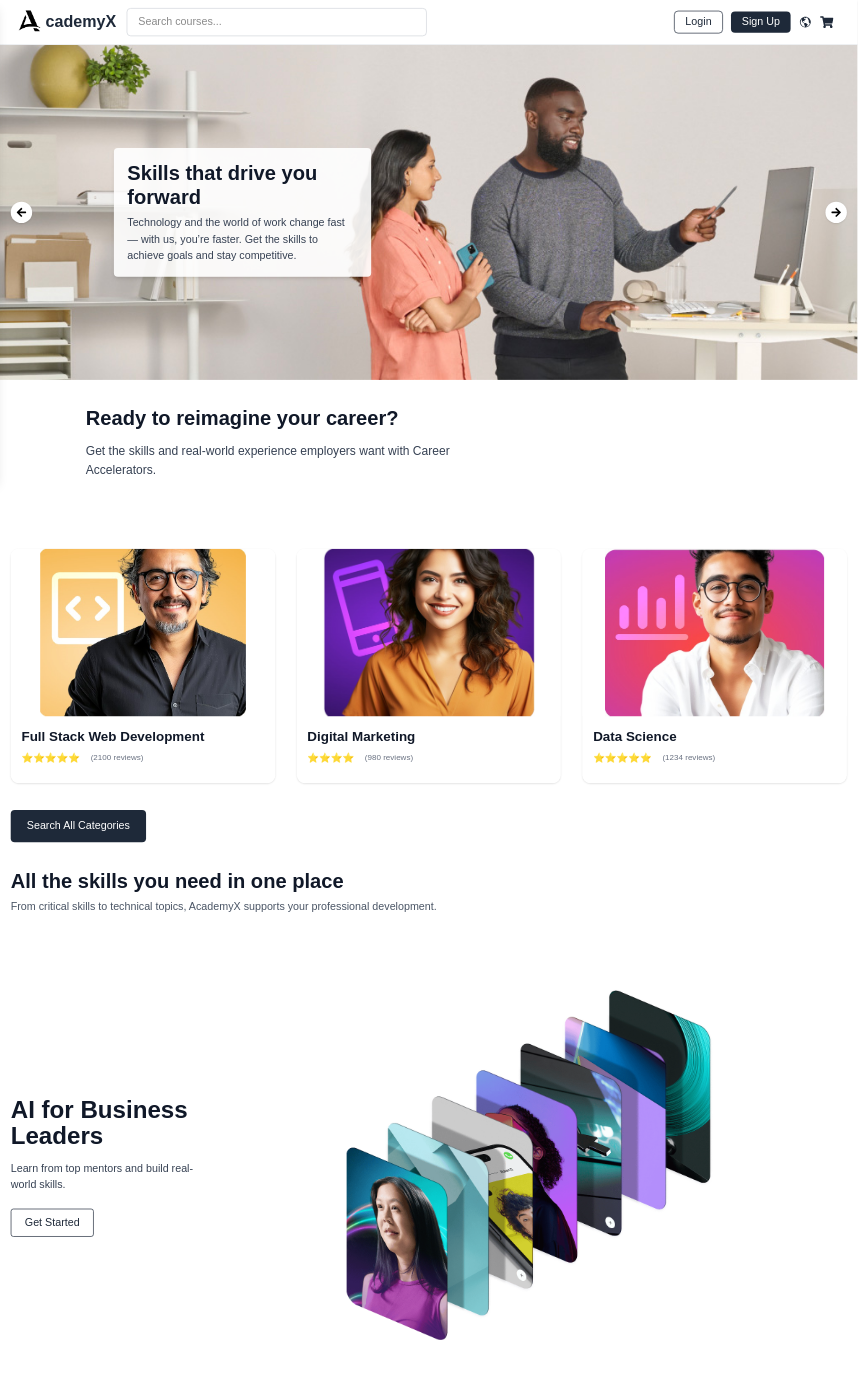
Repository: MohamedSalah54/full-stack-e-learning
Page: / (app in frontend/)
The author's editor kept a copy of each file at every save. The page is drawn from the files as they stood at one save, then again after a run of saves.
The browser window is 1280 px wide. The pictures show the whole page, at 67% of full size.
The project was rebuilt for these pictures with package versions that can differ from the ones it lists, and the page was loaded fresh each time. The framework's server and built-in components were replaced by stand-ins that run in the browser. Also part of the build but not shown: frontend/next.config.ts.

Above is the page before, as saved 2025-06-15 15:42:03.

### frontend/src/app/layout.tsx
import type { Metadata } from "next";
import { Geist, Geist_Mono } from "next/font/google";
import "./globals.css";
import { Providers } from "@/app/providers";
import Navbar from "@/components/Navbar";

const geistSans = Geist({
  variable: "--font-geist-sans",
  subsets: ["latin"],
});

const geistMono = Geist_Mono({
  variable: "--font-geist-mono",
  subsets: ["latin"],
});

export const metadata: Metadata = {
  title: "Create Next App",
  description: "Generated by create next app",
};

export default function RootLayout({
  children,
}: Readonly<{
  children: React.ReactNode;
}>) {
  return (
    <html lang="en">
      <body
        className={`${geistSans.variable} ${geistMono.variable} antialiased`}
      >
        <Navbar/>
        <Providers>{children}</Providers>

      </body>
    </html>
  );
}

### frontend/src/app/page.tsx
import HeroBannerFixed from "@/components/home/HeroBannerFixed"
import HeroBannerSlider from "@/components/home/HeroBannerSlider"
import HeroCategories from "@/components/home/HeroCategories"

const Home = () => {
  return (
    <main className="flex flex-col items-center justify-center">
        <HeroBannerSlider/>
        <HeroCategories/>
        <HeroBannerFixed/>
    </main>
  )
}

export default Home

### frontend/src/app/providers.jsx
'use client';

import { Provider } from 'react-redux';
import { store } from '@/redux/store/store';
export function Providers({ children }) {
  return <Provider store={store}>{children}</Provider>;
}

### frontend/src/components/Navbar.tsx
'use client';

import { useState } from 'react';
import { FaShoppingCart, FaBars, FaTimes, FaSearch } from 'react-icons/fa';
import { IoMdGlobe } from 'react-icons/io';
import { useRouter } from 'next/navigation';

export default function Navbar() {
  const [isSidebarOpen, setIsSidebarOpen] = useState(false);
  const router = useRouter();
  const [isSearchOpen, setIsSearchOpen] = useState(false);


  return (
    <>
      {/* Navbar */}
      <nav className="bg-white shadow-sm border-b border-gray-200 py-3 px-4 sm:px-6">
        <div className="max-w-7xl mx-auto flex items-center justify-between">
          {/* Left - Hamburger + Logo */}
          <div className="flex items-center space-x-2">
            {/* Hamburger Icon - Visible on mobile only */}
            <button
              className="block md:hidden text-xl text-gray-800"
              onClick={() => setIsSidebarOpen(true)}
            >
              <FaBars />
            </button>

            {/* Logo */}
            <div
              className="flex items-center cursor-pointer"
              onClick={() => router.push('/')}
            >
              <div className="relative h-10 w-10">
                <img
                  src="/logo.png"
                  alt="Logo"
                  className="h-full w-full object-contain block"
                />
              </div>
              <span className="text-2xl font-bold text-gray-800 leading-none ml-1">
                cademyX
              </span>
            </div>
          </div>

          {/* Middle - Search (hidden on small screens) */}
          <div className="hidden md:flex flex-1 max-w-md mx-4">
            <input
              type="text"
              placeholder="Search courses..."
              className="w-full border border-gray-300 rounded-md px-4 py-2 focus:outline-none focus:ring-1 focus:ring-gray-800"
            />
          </div>

          {/* Right - Search & Cart (Always Visible) */}
          <div className="flex items-center space-x-3 ml-auto">
            <button
              className="hidden md:block px-4 py-1 border border-gray-800 text-gray-800 rounded-md hover:bg-gray-100 transition"
              onClick={() => router.push('/auth/login')}
            >
              Login
            </button>
            <button
              className="hidden md:block px-4 py-1 bg-gray-800 text-white rounded-md hover:bg-gray-700 transition"
              onClick={() => router.push('/auth/register')}
            >
              Sign Up
            </button>

            <IoMdGlobe className="hidden md:block text-gray-800 text-xl cursor-pointer hover:scale-110 transition" />

            <FaShoppingCart className="text-gray-800 text-xl cursor-pointer hover:scale-110 transition" />

            <FaSearch
              className="md:hidden text-gray-800 text-xl cursor-pointer hover:scale-110 transition"
              onClick={() => setIsSearchOpen(true)}
            />
          </div>


        </div>
      </nav>

      {isSearchOpen && (
        <div className="fixed inset-0 z-50 bg-white flex flex-col items-center justify-start px-4 pt-10">
          <div className="w-full max-w-2xl flex items-center gap-3 border-b border-gray-300 pb-2">
            <FaSearch className="text-gray-800 text-2xl" />

            {/* Search Input */}
            <input
              type="text"
              placeholder="Search courses..."
              autoFocus
              className="w-full text-lg focus:outline-none"
            />

            <FaTimes
              className="text-gray-800 text-2xl cursor-pointer"
              onClick={() => setIsSearchOpen(false)}
            />
          </div>
        </div>
      )}



      {/* Sidebar (Mobile) */}
      <div
        className={`fixed top-0 left-0 h-full w-64 bg-white shadow-lg z-50 transform transition-transform duration-300 ${isSidebarOpen ? 'translate-x-0' : '-translate-x-full'
          }`}
      >
        {/* Close Button */}
        <div className="flex justify-between items-center px-4 py-3 border-b">
          <h2 className="text-lg font-semibold">Menu</h2>
          <button
            onClick={() => setIsSidebarOpen(false)}
            className="text-xl text-gray-600"
          >
            <FaTimes />
          </button>
        </div>

        {/* Sidebar Links */}
        <div className="p-4 space-y-4">
          <button
            onClick={() => {
              router.push('/auth/login');
              setIsSidebarOpen(false);
            }}
            className="w-full text-left text-gray-800 hover:text-gray-600"
          >
            Login
          </button>
          <button
            onClick={() => {
              router.push('/auth/register');
              setIsSidebarOpen(false);
            }}
            className="w-full text-left text-gray-800 hover:text-gray-600"
          >
            Sign Up
          </button>
          <div className="border-t pt-4">
            <p className="text-gray-500 text-sm font-medium mb-2">Categories</p>
            <ul className="space-y-2">
              <li className="cursor-pointer hover:text-gray-600">Web Development</li>
              <li className="cursor-pointer hover:text-gray-600">Design</li>
              <li className="cursor-pointer hover:text-gray-600">Marketing</li>
            </ul>
          </div>
        </div>
      </div>

      {/* Overlay */}
      {isSidebarOpen && (
        <div
          className="fixed inset-0 bg-black/40 z-40"
          onClick={() => setIsSidebarOpen(false)}
        ></div>
      )}
    </>
  );
}

### frontend/src/components/home/HeroBannerFixed.tsx
// components/HeroBannerFixed.tsx
'use client';

import React from 'react';

const HeroBannerFixed = () => {
  return (
  <section className="w-full bg-white py-10">
      <div className="max-w-7xl mx-auto px-4 flex flex-col md:flex-row items-center justify-between gap-10">
        {/* Text content on the left */}
        <div className="w-full md:w-1/2 text-left">
          <h1 className="text-2xl sm:text-3xl md:text-4xl font-bold text-gray-900 mb-4">
            AI for Business Leaders
          </h1>
          <span className="block text-gray-700 text-base mb-6">
            Learn from top mentors and build real-world skills.
          </span>
          <button className="px-5 py-2 bg-white text-gray-800 border border-gray-800 rounded hover:bg-gray-100 transition">
            Get Started
          </button>
        </div>

        {/* Image on the right */}
        <div className="w-full md:w-[500px] lg:w-[2100px]">
          <img
            src="/hero-fixed.png"
            alt="Hero"
            className="w-full h-auto rounded-md -md object-contain"
          />
        </div>
      </div>
    </section>
  );
};

export default HeroBannerFixed;

### frontend/src/components/home/HeroBannerSlider.tsx
"use client";

import React, { useState } from "react";
import { FaArrowLeft, FaArrowRight } from "react-icons/fa";
import { heroSlides } from "@/constants";

const slides = heroSlides;

const HeroBannerSlider = () => {
  const [current, setCurrent] = useState(0);

  const nextSlide = () => {
    setCurrent((prev) => (prev + 1) % slides.length);
  };

  const prevSlide = () => {
    setCurrent((prev) => (prev - 1 + slides.length) % slides.length);
  };

  return (
    <>
      {/* Slider Section */}
      <section className="w-full relative bg-white overflow-hidden">
        {/* Wrapper for center and padding on large screens */}
        <div className="w-full max-w-screen-xl mx-auto relative h-[300px] sm:h-[400px] md:h-[500px]">
          {slides.map((slide, index) => (
            <img
              key={index}
              src={slide.image}
              alt="Hero"
              className={`absolute top-0 left-0 w-full h-full object-cover object-[60%] transition-opacity duration-700 ${
                index === current ? "opacity-100 z-10" : "opacity-0 z-0"
              }`}
            />
          ))}

          {/* Arrows */}
          <button
            onClick={prevSlide}
            className="absolute top-1/2 left-4 transform -translate-y-1/2 bg-white text-black p-2 rounded-full shadow hover:bg-gray-200 z-40"
          >
            <FaArrowLeft />
          </button>
          <button
            onClick={nextSlide}
            className="absolute top-1/2 right-4 transform -translate-y-1/2 bg-white text-black p-2 rounded-full shadow hover:bg-gray-200 z-40"
          >
            <FaArrowRight />
          </button>

          {/* Text Box for Large Screens */}
          <div className="hidden md:block absolute top-1/2 left-[170px] transform -translate-y-1/2 z-30">
            <div className="bg-white/90 p-5 rounded-md max-w-sm shadow-md">
              <h1 className="text-2xl lg:text-3xl font-bold text-gray-900 mb-2">
                {slides[current].title}
              </h1>
              <p className="text-gray-700 text-base">{slides[current].description}</p>
            </div>
          </div>
        </div>
      </section>

      {/* Text Below Image for Small Screens */}
      <div className="block md:hidden w-full bg-white pt-6 px-4">
        <div className="bg-white p-0 shadow-none rounded-none">
          <h1 className="text-xl font-bold text-gray-900 mb-2">{slides[current].title}</h1>
          <p className="text-gray-700 text-sm">{slides[current].description}</p>
        </div>
      </div>

      {/* Section Below */}
      <div className="w-full text-left py-10 bg-white px-4 sm:px-10 md:px-32">
        <h1 className="text-2xl sm:text-3xl font-bold text-gray-900 mb-4">
          Ready to reimagine your career?
        </h1>
        <p className="text-base sm:text-lg text-gray-700 max-w-xl">
          Get the skills and real-world experience employers want with Career Accelerators.
        </p>
      </div>
    </>
  );
};

export default HeroBannerSlider;

### frontend/src/components/home/HeroCategories.tsx
import { heroCategories } from "@/constants";

const HeroCategories = () => {
    const categories = heroCategories
    return (
       <section className="w-full py-16 px-4 bg-white">
  {/* Cards */}
  <div className="max-w-7xl mx-auto grid grid-cols-1 sm:grid-cols-2 lg:grid-cols-3 gap-8">
    {categories.map((cat, index) => (
      <div
        key={index}
        className="bg-white rounded-xl overflow-hidden shadow transition min-h-[350px] hover:bg-gray-100 cursor-pointer"
      >
        <img
          src={cat.image}
          alt={cat.title}
          className="w-full h-[250px] object-contain bg-white"
        />
        <div className="p-4">
          <h3 className="text-xl font-semibold text-gray-900 mb-2">{cat.title}</h3>
          <p className="text-sm text-gray-600 flex items-center gap-2">
            {"⭐".repeat(Math.round(cat.rating))}
            <span className="text-xs text-gray-500 ml-2">
              ({cat.reviews} reviews)
            </span>
          </p>
        </div>
      </div>
    ))}
  </div>

  {/* Search button */}
  <div className="flex justify-start mt-10 max-w-7xl mx-auto">
    <button className="bg-gray-800 text-white px-6 py-3 rounded-md hover:bg-gray-700 transition cursor-pointer">
      Search All Categories
    </button>
  </div>

  {/* Heading + Span */}
  <div className="text-left mt-10 max-w-7xl mx-auto">
    <h1 className="text-3xl font-bold text-gray-900 mb-2">
      All the skills you need in one place
    </h1>
    <span className="text-gray-600 text-base">
      From critical skills to technical topics, AcademyX supports your professional development.
    </span>
  </div>
</section>

    );
};

export default HeroCategories;

### frontend/src/constants/index.ts
//Home Page
export const heroSlides = [
    {
        image: "/banner1.jpg",
        title: "Skills that drive you forward",
        description: "Technology and the world of work change fast — with us, you’re faster. Get the skills to achieve goals and stay competitive.",
    },
    {
        image: "/banner2.jpg",
        title: "Learning that gets you",
        description: "Skills for your present (and your future). Get started with us.",
    },
];

export const heroCategories = [
    {
        title: "Full Stack Web Development",
        image: "/full-stack.jpg",
        rating: 5.0,
        reviews: 2100,
    },
    {
        title: "Digital Marketing",
        image: "/digital-marketing.jpg",
        rating: 4.0,
        reviews: 980,
    },
    {
        title: "Data Science",
        image: "/data-science.jpg",
        rating: 4.5,
        reviews: 1234,
    },
];

Loaded but not shown: frontend/src/app/globals.css (common file); frontend/src/redux/store/store.ts (common file)

After the next 2 saves:
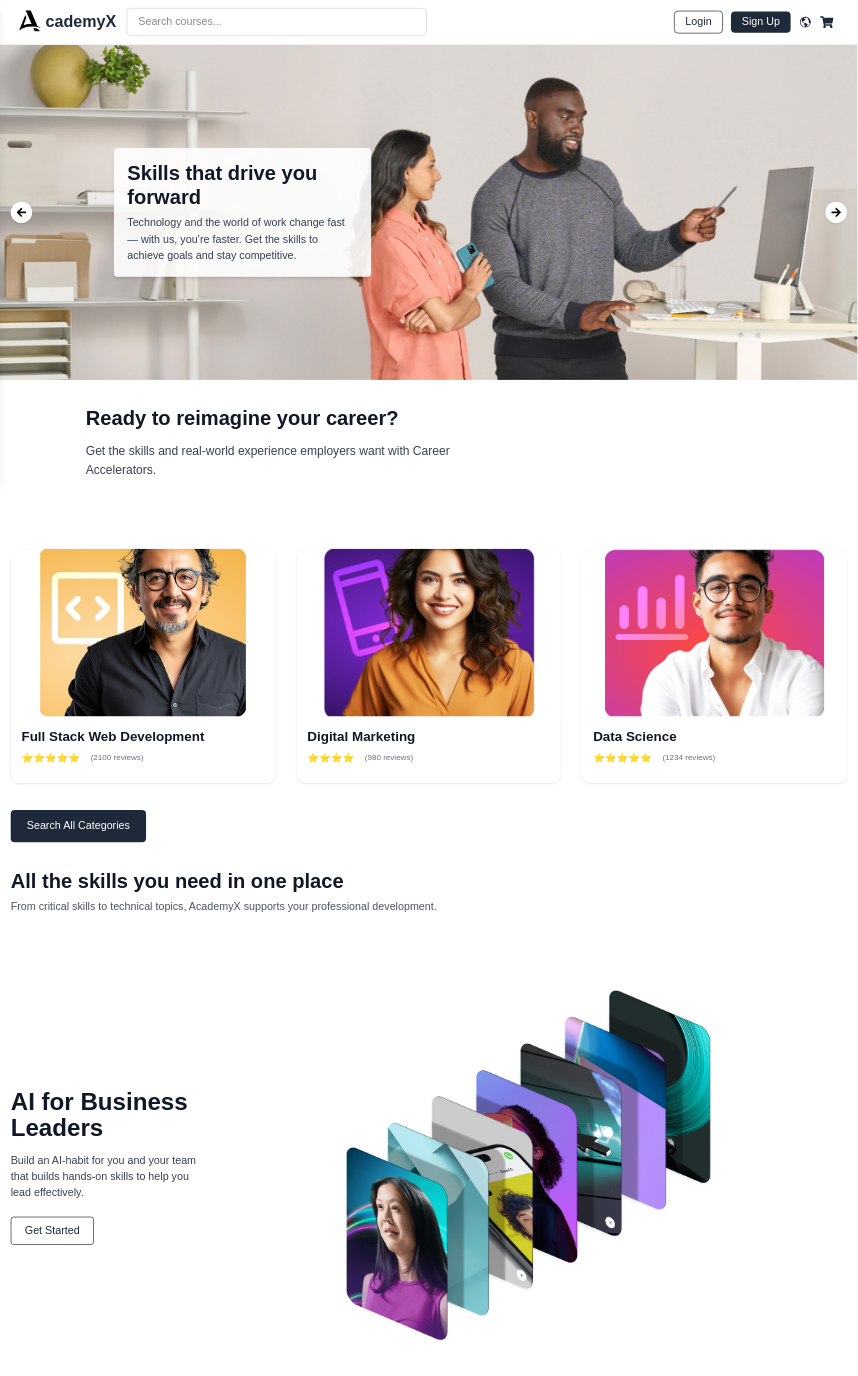
The 2 saves are shown as one change because they came seconds apart.
The last was saved 9 s later.
--- a/frontend/src/components/home/HeroBannerFixed.tsx
+++ b/frontend/src/components/home/HeroBannerFixed.tsx
@@ -4,33 +4,34 @@
 import React from 'react';
 
 const HeroBannerFixed = () => {
-  return (
-  <section className="w-full bg-white py-10">
-      <div className="max-w-7xl mx-auto px-4 flex flex-col md:flex-row items-center justify-between gap-10">
-        {/* Text content on the left */}
-        <div className="w-full md:w-1/2 text-left">
-          <h1 className="text-2xl sm:text-3xl md:text-4xl font-bold text-gray-900 mb-4">
-            AI for Business Leaders
-          </h1>
-          <span className="block text-gray-700 text-base mb-6">
-            Learn from top mentors and build real-world skills.
-          </span>
-          <button className="px-5 py-2 bg-white text-gray-800 border border-gray-800 rounded hover:bg-gray-100 transition">
-            Get Started
-          </button>
-        </div>
+    return (
+        <section className="w-full bg-white py-10">
+            <div className="max-w-7xl mx-auto px-4 flex flex-col md:flex-row items-center justify-between gap-10">
+                {/* Text content on the left */}
+                <div className="w-full md:w-1/2 text-left">
+                    <h1 className="text-2xl sm:text-3xl md:text-4xl font-bold text-gray-900 mb-4">
+                        AI for Business Leaders
+                    </h1>
+                    <span className="block text-gray-700 text-base mb-6">
+                        Build an AI-habit for you and your team that builds hands-on skills to help you lead effectively.
 
-        {/* Image on the right */}
-        <div className="w-full md:w-[500px] lg:w-[2100px]">
-          <img
-            src="/hero-fixed.png"
-            alt="Hero"
-            className="w-full h-auto rounded-md -md object-contain"
-          />
-        </div>
-      </div>
-    </section>
-  );
+                    </span>
+                    <button className="px-5 py-2 bg-white text-gray-800 border border-gray-800 rounded hover:bg-gray-100 transition">
+                        Get Started
+                    </button>
+                </div>
+
+                {/* Image on the right */}
+                <div className="w-full md:w-[500px] lg:w-[2100px]">
+                    <img
+                        src="/hero-fixed.png"
+                        alt="Hero"
+                        className="w-full h-auto rounded-md -md object-contain"
+                    />
+                </div>
+            </div>
+        </section>
+    );
 };
 
 export default HeroBannerFixed;
